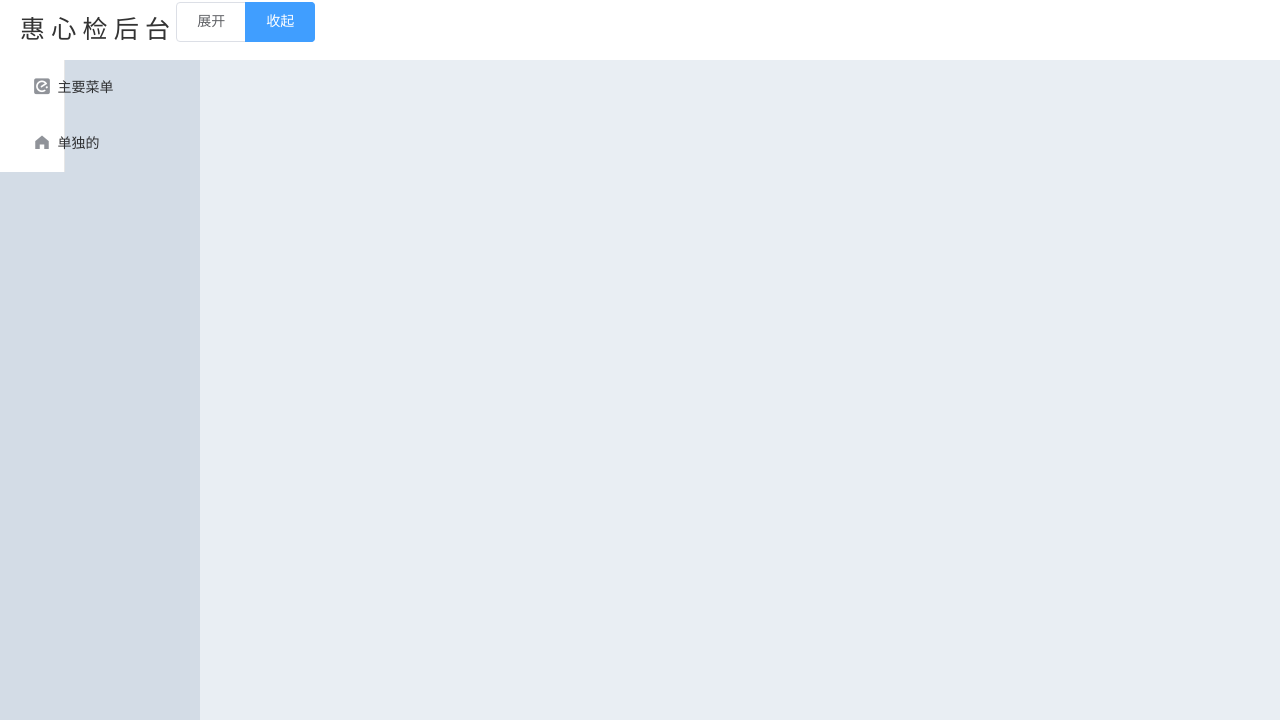
Repository: 960519152/elementui-demo-byf
Page: /
An editor plug-in stored every save of this project. The page is shown before and after the next save, followed by the edit.
The browser window is 1280 px wide. The pictures show the whole page.
The project was rebuilt for these pictures with package versions that can differ from the ones it lists, and the page was loaded fresh each time. Also part of the build but not shown: src/components/HelloWorld.vue, src/components/Tx.vue, src/components/Tes.vue.

Above is the page before, as saved 2019-05-14 10:14:14.

After the next save:
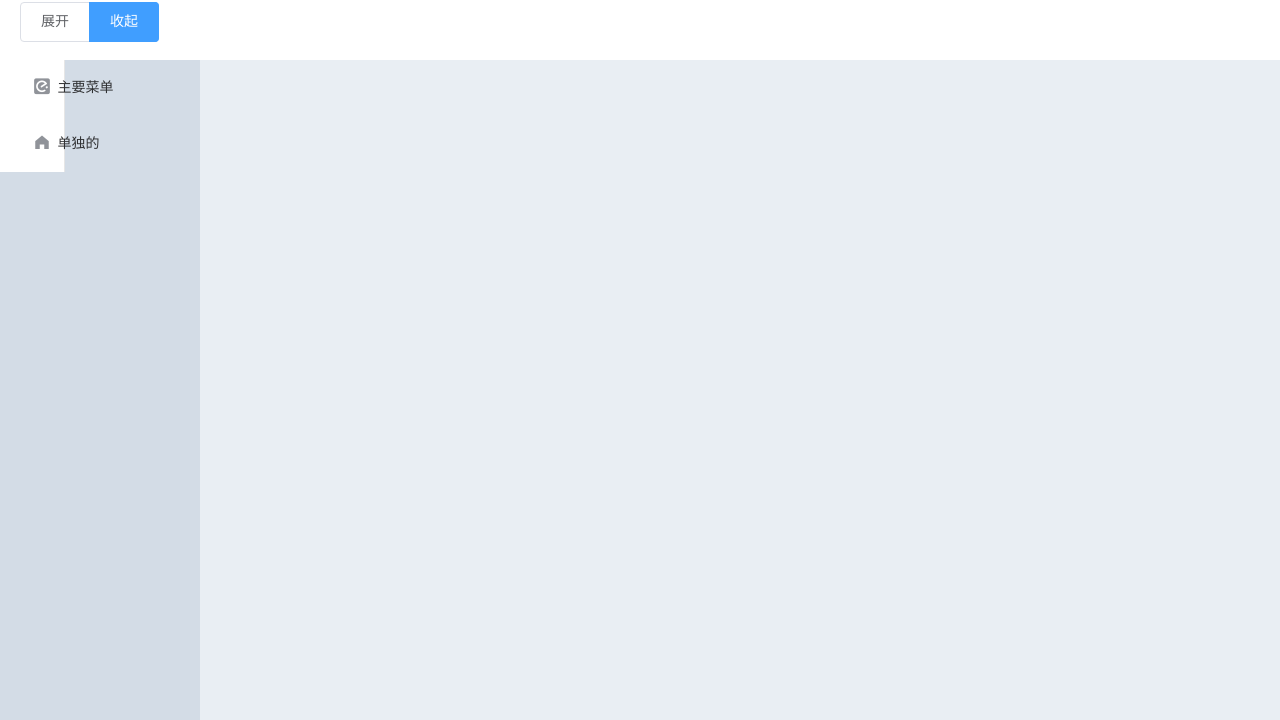
Saved 3 min 19 s later.
--- a/src/components/Home.vue
+++ b/src/components/Home.vue
@@ -2,7 +2,6 @@
   <div id="app">
     <el-container class="menu">
       <el-header class="header">
-        <span>惠 心 检 后 台 </span>
         <i class="el-icon-s-grid menumedia"></i>
         <el-radio-group v-model="isCollapse" style="margin-bottom: 20px;">
           <el-radio-button :label="false">展开</el-radio-button>
